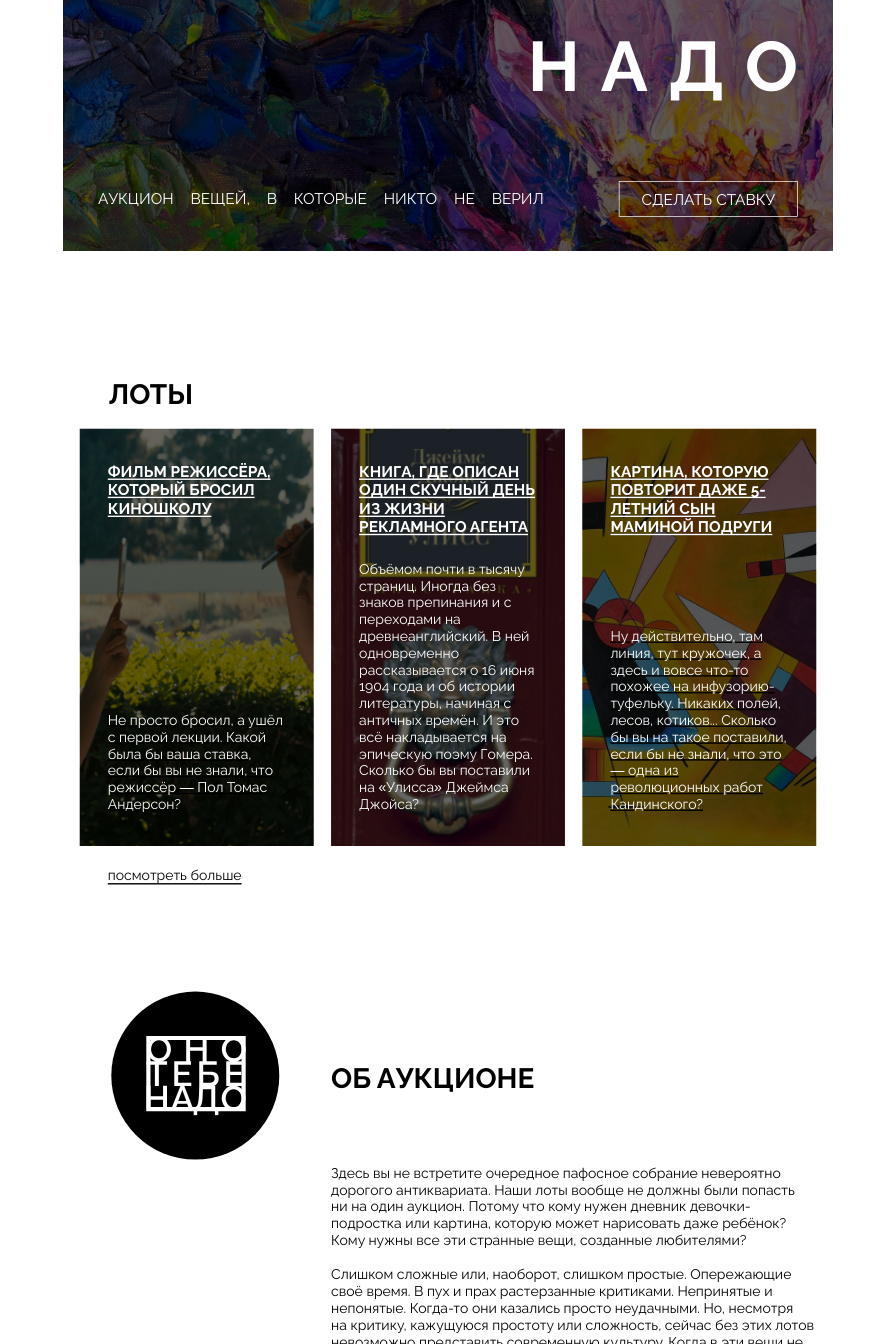
Repository: NikWolf75/ono-tebe-nado-fd
Page: index.html
These files come from the project's save history. The page is drawn as it stood at one moment and after the next save; the edit follows.
The browser window is 1280 px wide. The pictures show the part of the page from y = 691 to 2611 px (the page is 3027 px tall), at 70% of full size.

Above is the page before, as saved 2024-12-18 22:57:15.

### index.html
<!DOCTYPE html>
<html lang="ru">
  <head>
    <meta charset="UTF-8">
    <meta http-equiv="X-UA-Compatible" content="IE=edge">
    <meta name="viewport" content="width=device-width, initial-scale=1.0">
    <link href="./fonts/fonts.css" rel="stylesheet">
    <link href="./styles/global.css" rel="stylesheet">
    <link href="./styles/style.css" rel="stylesheet">
    <title>Оно тебе надо — аукцион вещей, в которые никто не верил</title>
  </head>
  <body>
    <header class="header">
      <nav class="header__menu">
        <ul class="header__links-list">
          <li class="header__links-list-item header__links-list-item_no-bullit">
            <a class="header__link header__link-active" href="main">главная</a>
          </li>
          <li class="header__links-list-item">
            <a class="header__link" href="#lots">посмотреть лоты</a>
          </li>
          <li class="header__links-list-item">
            <a class="header__link" href="#about-lots">об аукционе</a>
          </li>
        </ul>
      </nav>
      <a class="header__logo">
        <img
          class="header__logo-image"
          src="./images/logo-black.svg"
          alt="Лого"
        >
      </a>
      <address class="address header__address">
        <a href="tel:+99995555555">+9 999 555 5555</a>
        <a href="mailto:info@sobaka.ge">info@sobaka.ge</a>
        <p> наб. Принсенграхт 263- 265, Амстердам</p>
      </address>
    </header>
    <main>
      <section class="cover">
        <div class="overlay"></div>
        <h1 class="cover__title">
          <span class="cover__main-text text-left">Оно</span>
          <span class="cover__main-text text-center">Тебе</span>
          <span class="cover__main-text text-right">Надо</span>
        </h1>
        <div class="cover__discription">
          <p class="cover__discription-text">Аукцион вещей, в которые никто не верил</p>
          <button class="bet-button">Сделать ставку</button>
        </div>
      </section>
      <section class="lots">
        <h2 class="lots__heading">Лоты</h2>
          <ul class="lots__card-list">
            <li class="lots__card-list-item">
              <a class="card-link" href="main">
                <article class="card card_type_film">
                  <div class="overlay"></div>
                  <h3 class="card__title">
                    Фильм режиссёра, который бросил киношколу
                  </h3>
                  <p class="card__text">
                    Не просто бросил, а ушёл
                    с первой лекции. Какой
                    была бы ваша ставка, если бы вы не знали, что
                    режиссёр — Пол Томас
                    Андерсон?
                  </p>
                </article>
              </a>
            </li>
            <li class="lots__card-list-item">
              <a class="card__link" href="main">
                <article class="card card_type_book">
                  <div class="overlay"></div>
                  <h3 class="card__title">
                    Книга, где описан
                    один скучный день
                    из жизни
                    рекламного агента
                  </h3>
                  <p class="card__text">
                    Объёмом почти в тысячу
                    страниц. Иногда без
                    знаков препинания и с переходами на
                    древнеанглийский. В ней
                    одновременно
                    рассказывается о 16 июня
                    1904 года и об истории
                    литературы, начиная с
                    античных времён. И это
                    всё накладывается на
                    эпическую поэму Гомера.
                    Сколько бы вы поставили
                    на «Улисса» Джеймса
                    Джойса?
                  </p>
                </article>
              </a>
            </li>
            <li class="lots__card-list-item">
              <a class="card-link" href="main">
                <article class="card card_type_picture">
                  <div class="overlay"></div>
                  <h3 class="card__title">
                    Картина, которую
                    повторит даже 5-
                    летний сын
                    маминой подруги
                  </h3>
                  <p class="card__text">
                    Ну действительно, там
                    линия, тут кружочек, а
                    здесь и вовсе что-то
                    похожее на инфузорию-
                    туфельку. Никаких полей,
                    лесов, котиков... Сколько
                    бы вы на такое поставили,
                    если бы не знали, что это
                    — одна из
                    революционных работ
                    Кандинского?
                  </p>
                </article>
              </a>
            </li>
          </ul>
          <a class="lots__look-more-link" href="#main">посмотреть больше</a>
      </section>
      <section class="about" id="#about">
        <div class="about__column">
          <div class="about__logo">
            <img
              class="about__logo-image"
              src="./images/logo-white.svg"
              alt="Лого"
            >
          </div>
        </div>
        <div class="about__column">
          <h2 class="about__title">Об аукционе</h2>
          <div class="about__text">
            <p>
              Здесь вы не встретите очередное пафосное собрание невероятно
              дорогого антиквариата. Наши лоты вообще не должны были попасть
              ни на один аукцион. Потому что кому нужен дневник девочки-
              подростка или картина, которую может нарисовать даже ребёнок?
              Кому нужны все эти странные вещи, созданные любителями?
            </p>
            <p>
              Слишком сложные или, наоборот, слишком простые. Опережающие
              своё время. В пух и прах растерзанные критиками. Непринятые
              и непонятые. Когда-то они казались просто неудачными. Но, несмотря
              <br>на критику, кажущуюся простоту или сложность, сейчас без этих
              лотов невозможно представить современную культуру. Когда в эти вещи не
              верил никто, продолжали верить их создатели. И сейчас эти лоты
              стали культовыми.
            </p>
          </div>
        </div>
      </section>
    </main>
    <footer class="footer">
      <address class="address">
        <a href="tel:+99995555555">+9 999 555 5555</a>
        <a href="mailto:info@sobaka.ge">info@sobaka.ge</a>
        <p> наб. Принсенграхт 263-265, Амстердам</p>
      </address>
      <nav class="footer__menu">
        <ul class="footer__menu-list">
          <li class="footer__menu-list-item">
            <a class="footer__menu-link footer__menu-link-active" href="#main">главная</a>
          </li>
          <li class="footer__menu-list-item">
            <a class="footer__menu-link" href="#lots">посмотреть лоты</a>
          </li>
          <li class="footer__menu-list-item">
            <a class="footer__menu-link" href="#about-lots">об аукционе</a>
          </li>
        </ul>
      </nav>
      <div class="footer__social">
        <ul class="footer__social-list">
          <li class="footer__social-list-item">
            <a class="footer__social-link" href="#main">
              <img
                class="footer__social-icon"
                src="./images/yt.svg"
                alt="Ютуб"
              >
            </a>
          </li>
          <li class="footer__menu-list-item">
            <a class="footer__social-link" href="#main">
              <img
                class="footer__social-icon"
                src="./images/vk.svg"
                alt="Вконтакте"
              >
            </a>
          </li>
          <li class="footer__menu-list-item">
            <a class="footer__social-link" href="#main">
              <img
                class="footer__social-icon"
                src="./images/pinterest.svg"
                alt="Пинтерест"
              >
            </a>
          </li>
        </ul>
      </div>
    </footer>
  </body>
</html>

### styles/global.css
*,
*::before,
*::after {
  box-sizing: border-box;
}

body {
  width: 1100px;
  margin: 0 auto;
  font-family: Raleway, sans-serif;
}

h1,
h2,
h3,
h4,
h5,
h6,
p,
ul,
ol,
li,
blockquote {
  margin: 0;
  padding: 0;
}

a {
  color: inherit;
}

img {
  width: 100%;
}

### styles/style.css
.header {
  display: grid;
  grid-template-columns: 1fr min-content 1fr;
  align-items: center;
  padding: 91px 50px 97px 51px;
  font-style: normal;
  font-size: 18px;
  font-weight: 400;
}

.header__links-list {
  display: flex;
  gap: 32px;
  list-style: circle;
}

.header__links-list-item_no-bullit {
  list-style: none;
}

.header__link {
  text-underline-position: under;
}

.header__link-active {
  text-decoration: none;
}

.header__logo {
  width: 148px;
  height: 105px;
  padding: 1px 6px 0 6px;
}

.address {
  max-width: 240px;
  font-style: normal;
  line-height: 135%;
  text-underline-position: under;
}

.header__address {
  justify-self: end;
}

.cover {
  background-image: url(../images/cover.jpg);
  background-size: cover;
  background-repeat: no-repeat;
  background-position: center top;
  display: flex;
  padding: 165px 20px 0 50px;
  flex-direction: column;
  gap: 100px;
  position: relative;
}

.overlay {
  position: absolute;
  z-index: 1;
  top: 0;
  left: 0;
  width: 100%;
  height: 100%;
  background-color: rgb(0, 0, 0, 0.6);
}

.cover__title {
  position: relative;
  z-index: 2;
  font-weight: 700;
  font-size: 100px;
  letter-spacing: 0.3em;
  text-transform: uppercase;
  color: #fff;
}

.cover__main-text {
  display: block;
  line-height: 115%;
}

.text-left {
  line-height: 115%;
}

.text-center {
  text-align: center;
  line-height: 115%;
  padding: 20px 0 20px 0;
}

.text-right {
  text-align: right;
  line-height: 115%;
}

.cover__discription {
  z-index: 2;
  display: flex;
  align-items: center;
  justify-content: start;
  line-height: 140%;
  gap: 107px;
  padding: 7px 0 49px 0;
}

.cover__discription-text {
  font-size: 22px;
  color: #fff;
  word-spacing: 18.5px;
  line-height: 127%;
  white-space: nowrap;
  text-transform: uppercase;
}

.bet-button {
  font-family: Raleway, sans-serif;
  width: 256px;
  height: 51px;
  font-weight: 500;
  text-align: center;
  font-size: 22px;
  color: #fff;
  border: 1px solid #fff;
  text-transform: uppercase;
  background-color: transparent;
}

.lots {
  display: flex;
  flex-direction: column;
  padding: 181px 24px 150px 24px;
  display: flex;
}

.lots__heading {
  font-weight: 700;
  font-size: 40px;
  text-transform: uppercase;
  margin: 0 0 26px 41px;
}

.lots__card-list {
  display: flex;
  flex-wrap: wrap;
  justify-content: center;
  list-style: none;
  gap: 25px;
}

.lots__card-list-item {
  width: 334px;
  min-height: 596px;
  flex-grow: 1;
}

.card__link {
  display: block;
  text-decoration: none;
  height: 100%;
}

.card {
  position: relative;
  background-size: cover;
  background-repeat: no-repeat;
  background-position: center;
  display: flex;
  flex-direction: column;
  justify-content: space-between;
  padding: 48px 40px;
  height: 100%;

}

.card_type_film {
  background-image: url(../images/card-lot-01.jpg);
}

.card_type_book {
  background-image: url(../images/card-lot-02.jpg);
}

.card_type_picture {
  background-image: url(../images/card-lot-03.jpg);
}

.card__title {
  font-weight: 700;
  font-size: 22px;
  line-height: 120%;
  z-index: 2;
  text-transform: uppercase;
  text-decoration: underline;
  text-decoration-skip-ink: none;
  color: #fff;
}

.card__text {
  font-size: 20px;
  line-height: 120%;
  z-index: 2;
  color: #fff;
}

.lots__look-more-link {
  text-underline-position: under;
  font-weight: 400;
  font-size: 20px;
  color: #000;
  padding: 30px 0 4px 40px;
}

.about {
  display: grid;
  grid-template-columns: 330px auto;
  justify-items: center;
  padding: 0 27px 100px 24px;
  gap: 29px;
}

.about__logo {
  display: flex;
  justify-content: center;
  align-items: center;
  width: 240px;
  height: 240px;
  border-radius: 100%;
  background-color: #000;
}

.about__logo-image {
  width: 148px;
  height: 114px;
}

.about__title {
  margin: 100px 0;
  font-size: 40px;
  font-weight: 700;
  font-style: normal;
  text-transform: uppercase;
}

.about__text {
  display: flex;
  flex-direction: column;
  gap: 25px;
  font-size: 20px;
  line-height: 120%;
}

.footer {
  padding: 81px 50px 0;
  display: grid;
  grid-template-columns: 1fr auto 1fr;
  font-size: 18px;
}

.address {
  font-style: normal;
  font-weight: 400;
  line-height: 135%;
  text-underline-position: under;
}

.footer__menu-list {
  display: flex;
  flex-direction: column;
  align-items: center;
  list-style: none;
  padding-bottom: 115px;
}

.footer__menu-link {
  text-underline-position: under;
}

.footer__menu-link_active {
  text-decoration: none;
}

.footer__social {
  justify-self: end;
}

.footer__social-list {
  display: flex;
  justify-content: space-between;
  gap: 48px;
  list-style: none;
}

.footer__social-list-item {
  height: 100%;
}

.footer__social-link {
  text-decoration: none;
}

.footer__social-icon {
  height: 48px;
}

Loaded but not shown: fonts/fonts.css (common file)

After the next save:
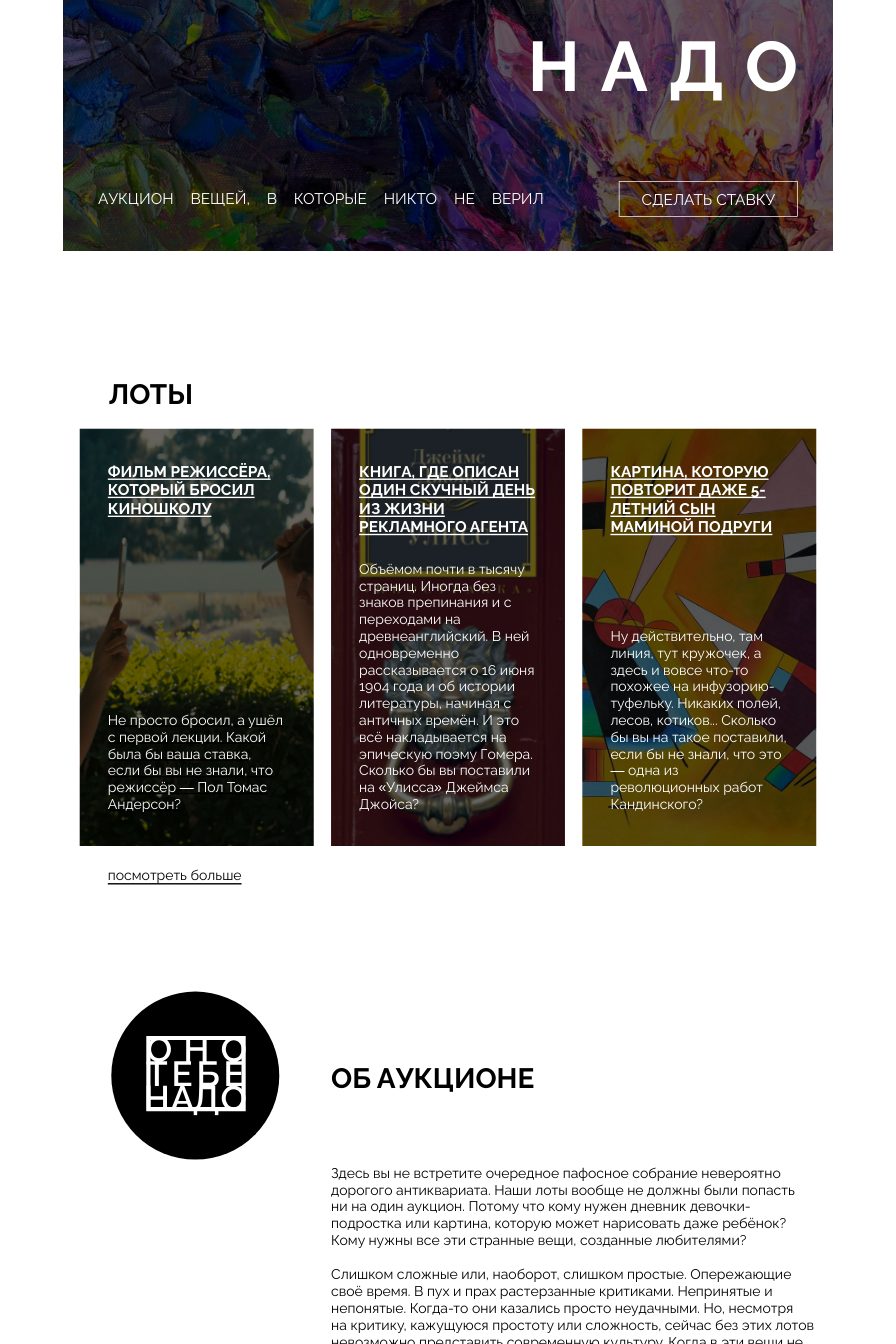
Saved 78 s later.
--- a/index.html
+++ b/index.html
@@ -100,7 +100,7 @@
               </a>
             </li>
             <li class="lots__card-list-item">
-              <a class="card-link" href="main">
+              <a class="card__link" href="main">
                 <article class="card card_type_picture">
                   <div class="overlay"></div>
                   <h3 class="card__title">
